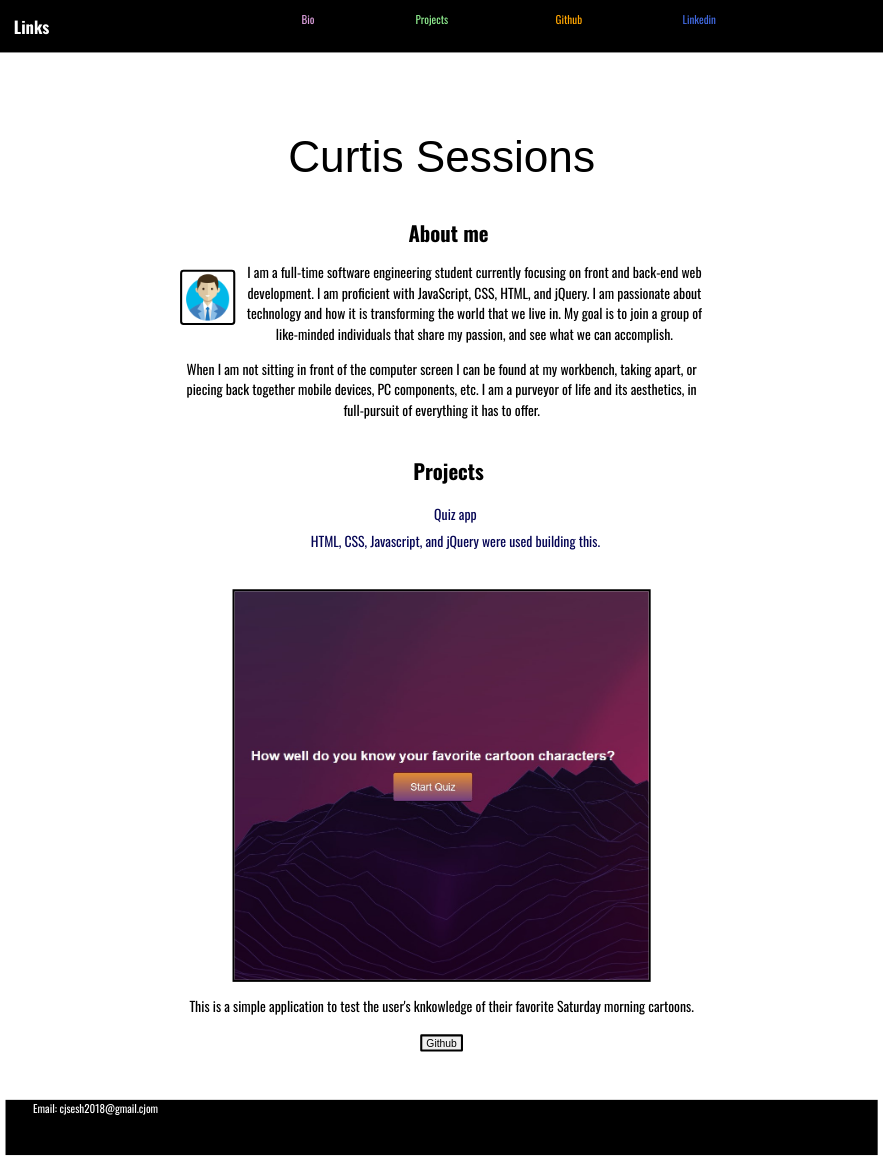
Repository: cjsesh00/NewProfile
Page: index.html
The author's editor kept a copy of each file at every save. The page is drawn from the files as they stood at one save, then again after the next save.
The browser window is 1280 px wide. The pictures show the whole page, at 69% of full size.
Some web fonts or font styles are not loaded; a fallback is used. Some web libraries are served in a nearby version.

Above is the page before, as saved 2020-03-08 17:48:33.
Not found: scripts/index.js

### index.html
<!DOCTYPE html>
<html lang="en">

<head>
  <meta charset="UTF-8">
  <meta name="viewport" content="width=device-width, initial-scale=1.0">
  <meta http-equiv="X-UA-Compatible" content="ie=edge">

  <link rel="stylesheet" href="main.css">
  <script src="https://kit.fontawesome.com/6547825e10.js" crossorigin="anonymous"></script>
  <link href='https://fonts.googleapis.com/css?family=Oswald:400,300,700' rel='stylesheet' type='text/css'>
  <link rel="stylesheet" href="https://use.typekit.net/mgs6znr.css">
  <title>Curtis's Portfolio</title>
</head>
<style>
  a {
    text-decoration: none;
  }
</style>

<body id="top">
  <div class="nav-list">
    <nav role="navigation">
      <h2>
        <a href="#top">Links</a>
      </h2>

      <ul class="nav-items">
        <li><a href="#bio" style="color: plum">Bio</a></li>
        <li><a href="#projects" style="color: lightgreen">Projects</a></li>
        <li><a href="https://github.com/cjsesh00/Projects" target="blank" style="color: orange">Github</a></li>
        <li><a href="https://www.linkedin.com/in/curt-sessions-81b19a1a3/" target="blank"
          style="color: royalblue">Linkedin</a></li>
      </ul>
  </div>
  </nav>
  <main>
    <h1>
      Curtis Sessions
    </h1>
    <a name="bio"></a>
      <section class="bio">
        <h2 class="section-header">About me</h2>
        <div></div>
        <img class="profile-photo" src="img/icone-people-66.png">
        <p>I am a full-time software engineering student currently focusing on front and back-end web development.
            I am proficient with JavaScript, CSS, HTML, and jQuery. I am passionate about technology and how it is
            transforming the world that we live in. My goal is to join a group of like-minded individuals that share my passion,
            and see what we can accomplish. </p>
        <a name="projects"></a>
        <p>When I am not sitting in front of the computer screen I can be found at my workbench,
            taking apart, or piecing back together mobile devices, PC components, etc.  I am
            a purveyor of life and its aesthetics, in full-pursuit of everything it has to offer.</p>
    </div>
    </section>
    </div>
    <div>
      <section class="projects">
        <h2 class="section-header">Projects</h2>
        <ul class="project-details">
        <li>
          <p>
            <p style="color:rgb(6, 6, 85)">Quiz app</p>
          </p>
        </li>
        <li>
          <p>
            <p style="color: rgb(6, 6, 85)">HTML, CSS, Javascript, and jQuery were used building this.</p>
          </p>
        </li>
      </ul>
        <img class="image quiz-app" src="img/quiz.jpg">
        <p>This is a simple application to test the user's knkowledge of their favorite Saturday morning cartoons. </p>
        <a href="https://cjsesh00.github.io/Projects/"
          target="blank">
          <button class="github-link">Github</button>
        </a>

      </section>
    </div>
  </main>
  <script type="text/javascript" src="https://cdnjs.cloudflare.com/ajax/libs/jquery/3.1.0/jquery.min.js"></script>
  <script type="text/javascript" src="scripts/index.js"></script>
</body>
<footer id="footer">
  <ul>
    <li><a href="mailto:cjsesh2018@gmail.com">Email: cjsesh2018@gmail.cjom</a></li>
  </ul>
</footer>

</html>

### main.css
*{
  box-sizing: border-box;
}

body{
  font-family: 'Oswald', sans-serif;
}

.image{
  margin-left: auto;
  margin-right: auto;
  width: 100%;
  border: solid black;
  margin-bottom: 20px;
  margin-top: 50px;
}

.profile-photo{
  float: left;
  width: 80px;
  margin-top: 32px;
  margin-right: 15px;
  border: solid black;
  border-radius: 5px;
}

.header-image{
  margin-left: auto;
  margin-right: auto;
  width: 25%
}

nav{
  position: absolute;
  top: 0%;
  left: 0%;
  right: 0%;
  display: block;
  background-color: black;
  color: white;
}

li{
  list-style: none;
}

.nav-list{
  width: 20%;
  float: left;
}

h1{
    text-align: center;
    margin-top: 70%;
    font-family: neon-stream, sans-serif;
    font-weight: 400;
    font-style: normal;
    font-size: 4em;
}

h2{
  margin-left: 20px;
}

a{
  color: white;
}

button{
  font-size: 15px;
  border: solid black;
  border-radius: 2px;
  margin-bottom: 20px;
}

#footer{
  bottom: 0%;
  left: 0%;
  right: 0%;
  display: flex;
  background-color: black;
  color: white;
  width: 100%;
  height: 5em;
}

#footer ul{
  margin: 0 auto;
  text-align: center;
}

.project-details p{
  display: inline;
  line-height: 40px;
}

/* Non-mobile, grid */
@media only screen and (min-width: 850px){
  h1{
    text-align: center;
    margin-top: 15%;
  }

  section{
    font-size: 20px;
    text-align: center;
    padding: 0% 20%;
    margin-top: 50px;
    margin-bottom: 50px;
  }



  h2{
    width: 25%;
  }

  nav ul li{
    text-align: right;
    width: 20%;
    padding: 0% 5%;
  }

  nav div ul:hover{
    cursor: pointer;
  }

  .nav-list{
    display: flex;
    width: 75%;
  }

  img{
    display: block;
  }

  .header-image{
    margin-left: auto;
    margin-right: auto;
  }

  .image{
    margin-left: auto;
    margin-right: auto;
    width: 80%;
    border: solid black;
    margin-bottom: 20px;
    margin-top: 50px;
  }

  .section-header{
    display: inline;
    text-align: center;
  }

  nav{
    position: absolute;
    top: 0%;
    left: 0%;
    right: 0%;
    display: flex;
    background-color: black;
    color: white;
  }

  ul{
    display: flex;
    width: 100%;
  }

  .project-details{
    display: block;
  }
}

After the next save:
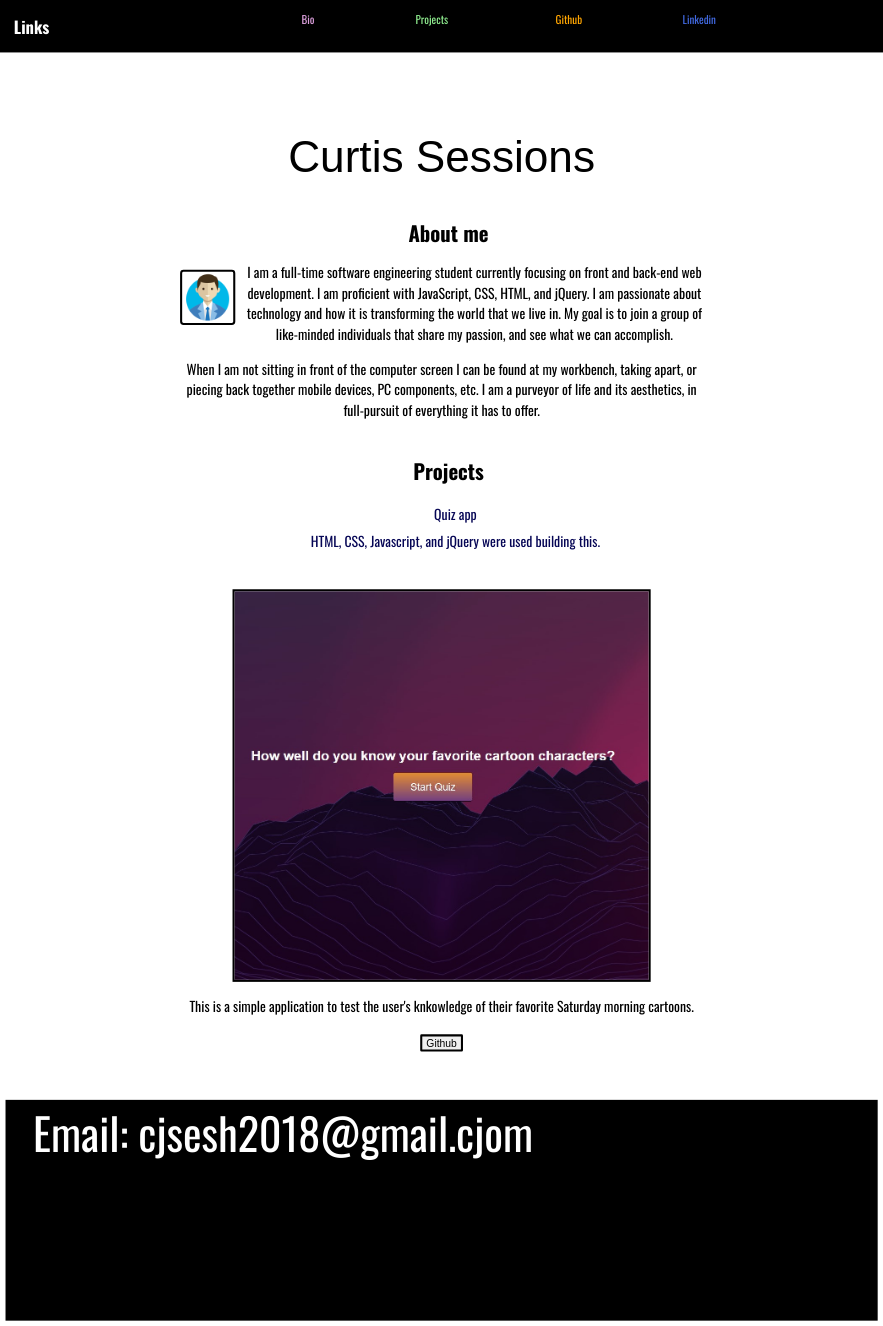
Saved 35 s later.
--- a/main.css
+++ b/main.css
@@ -82,6 +82,7 @@ button{
   color: white;
   width: 100%;
   height: 5em;
+  font-size: 4em;
 }
 
 #footer ul{
